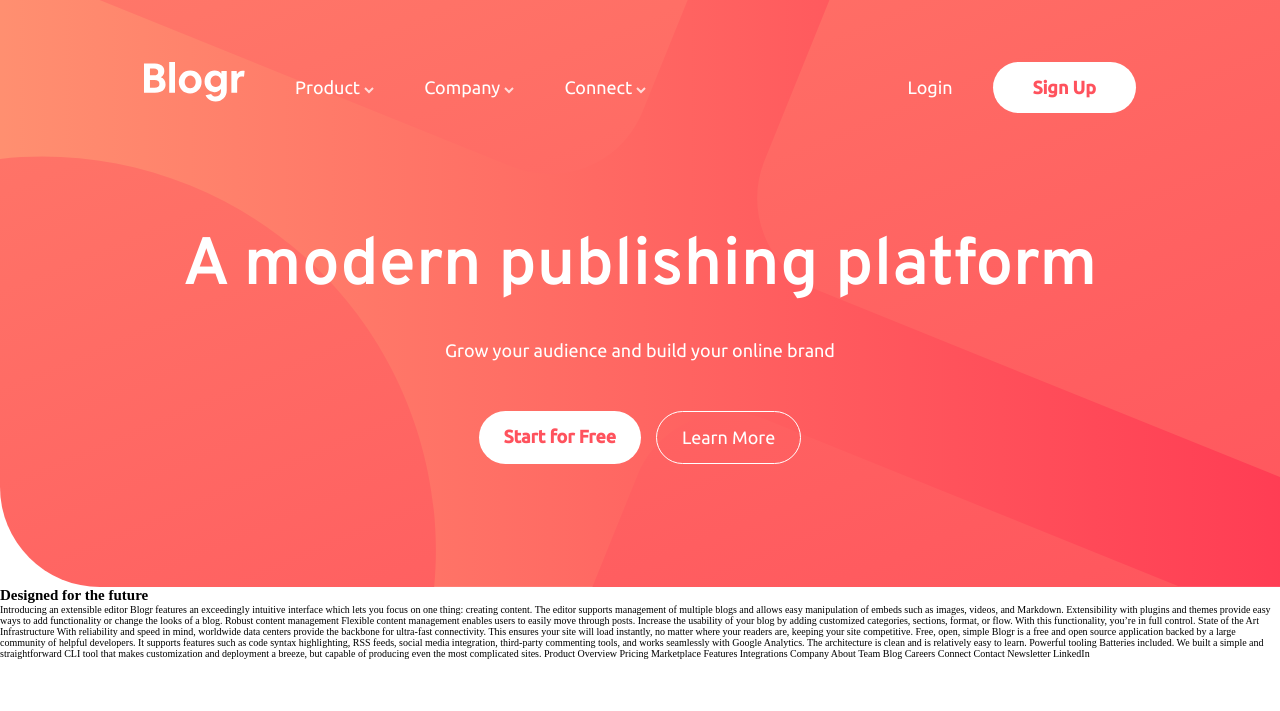
Repository: tomas938/tomaspage3
Page: index.html
An editor plug-in stored every save of this project. The page is shown before and after the next save, followed by the edit.
The browser window is 1280 px wide. The pictures show the whole page.
The style sheet was rebuilt from its Sass, Less or Tailwind sources for each picture, by a compiler version that may differ from the author's.

Above is the page before, as saved 2021-07-30 09:38:59.

### index.html
<!DOCTYPE html>
<html lang="en">
	<head>
		<meta charset="UTF-8" />
		<meta name="viewport" content="width=device-width, initial-scale=1.0" />
		<!-- displays site properly based on user's device -->

		<link
			rel="icon"
			type="image/png"
			sizes="32x32"
			href="./images/favicon-32x32.png"
		/>

		<title>Frontend Mentor | [Blogr]</title>

		<link rel="stylesheet" href="./scss/main.css" />
	</head>
	<body>
		<section class="intro">
			<header>
				<nav class="intro__navigation">
					<div class="intro__navigation__logo">
						<svg width="101" height="40" xmlns="http://www.w3.org/2000/svg">
							<path
								d="M0 30.803V1.486h10.653c1.982 0 3.695.31 5.14.93 1.446.619 2.56 1.5 3.345 2.642.785 1.142 1.177 2.484 1.177 4.026 0 1.404-.303 2.636-.909 3.695a6.48 6.48 0 01-2.56 2.498c1.487.578 2.643 1.494 3.469 2.746.826 1.253 1.239 2.732 1.239 4.439 0 1.707-.44 3.18-1.322 4.418-.88 1.239-2.12 2.202-3.716 2.89-1.596.688-3.482 1.033-5.657 1.033H0zM5.946 6.565v6.73h4.046c1.35 0 2.388-.282 3.118-.846.73-.564 1.094-1.397 1.094-2.498 0-1.101-.365-1.94-1.094-2.519-.73-.578-1.769-.867-3.118-.867H5.946zm0 19.159h4.624c1.542 0 2.732-.33 3.572-.991.84-.66 1.26-1.61 1.26-2.85 0-1.238-.42-2.188-1.26-2.848-.84-.66-2.03-.991-3.572-.991H5.946v7.68zm19.282 5.079V0h5.781v30.803h-5.78zm20.893.619c-1.624 0-3.124-.29-4.5-.867a10.94 10.94 0 01-3.593-2.416 10.96 10.96 0 01-2.374-3.654c-.564-1.404-.846-2.931-.846-4.583 0-1.652.289-3.173.867-4.563a11.354 11.354 0 012.415-3.654 10.96 10.96 0 013.634-2.436c1.39-.578 2.91-.867 4.562-.867 1.625 0 3.125.289 4.501.867a10.94 10.94 0 013.592 2.416 11.01 11.01 0 012.375 3.633c.564 1.39.846 2.911.846 4.563 0 1.651-.289 3.179-.867 4.583a11.297 11.297 0 01-2.416 3.675 10.96 10.96 0 01-3.633 2.436c-1.39.578-2.911.867-4.563.867zm.083-5.203c1.046 0 1.982-.275 2.808-.825.825-.551 1.48-1.301 1.96-2.25.483-.95.723-2.03.723-3.242 0-1.211-.24-2.292-.722-3.241-.482-.95-1.136-1.7-1.961-2.25-.826-.551-1.762-.826-2.808-.826-1.046 0-1.982.275-2.808.825-.826.55-1.48 1.301-1.961 2.25-.482.95-.723 2.03-.723 3.242 0 1.211.241 2.292.723 3.241.482.95 1.135 1.7 1.961 2.25.826.551 1.762.826 2.808.826zm24.155 3.964a9.13 9.13 0 01-3.86-.826 9.492 9.492 0 01-3.118-2.291c-.881-.977-1.57-2.12-2.065-3.427-.495-1.308-.743-2.719-.743-4.233 0-1.569.255-3.02.764-4.356a10.614 10.614 0 012.147-3.489 10.174 10.174 0 013.22-2.333c1.225-.564 2.554-.846 3.985-.846 1.404 0 2.67.282 3.799.846a7.402 7.402 0 012.807 2.457l.124-2.684h5.327v19.2c0 1.68-.269 3.207-.805 4.584-.537 1.376-1.301 2.56-2.292 3.55a10.231 10.231 0 01-3.53 2.292c-1.363.537-2.87.805-4.522.805-1.624 0-3.083-.254-4.376-.764a10.468 10.468 0 01-3.386-2.126 10.035 10.035 0 01-2.271-3.18L67.097 32a5.452 5.452 0 001.92 1.879c.784.454 1.672.681 2.663.681 1.074 0 2.003-.24 2.787-.723.785-.481 1.397-1.156 1.838-2.023.44-.867.66-1.879.66-3.035v-1.775a7.793 7.793 0 01-2.828 2.333c-1.143.564-2.402.846-3.778.846zm1.404-5.12c1.018 0 1.92-.254 2.704-.764a5.556 5.556 0 001.879-2.064c.468-.867.702-1.851.702-2.952 0-1.102-.234-2.086-.702-2.953a5.556 5.556 0 00-1.879-2.064c-.784-.51-1.686-.764-2.704-.764-1.019 0-1.92.255-2.705.764a5.556 5.556 0 00-1.879 2.064c-.468.867-.702 1.851-.702 2.953 0 1.1.234 2.085.702 2.952a5.556 5.556 0 001.88 2.064c.784.51 1.685.764 2.704.764zm15.607 5.74V9h5.327l.206 3.304c.55-1.157 1.294-2.044 2.23-2.664.936-.62 2.037-.929 3.303-.929.386 0 .77.035 1.156.103.386.07.73.159 1.033.269l-.62 5.698a4.361 4.361 0 00-.929-.227 7.495 7.495 0 00-.97-.062c-1.597 0-2.822.489-3.675 1.466-.853.977-1.28 2.36-1.28 4.15v10.694h-5.78z"
								fill="#FFF"
								fill-rule="nonzero"
							/>
						</svg>
						<ul>
							<li>
								<a href="#">Product</a>
								<svg xmlns="http://www.w3.org/2000/svg" width="10" height="7">
									<path
										fill="none"
										stroke="#FFF"
										stroke-width="2"
										opacity=".75"
										d="M1 1l4 4 4-4"
									/>
								</svg>
							</li>
							<li>
								<a href="#">Company</a>
								<svg xmlns="http://www.w3.org/2000/svg" width="10" height="7">
									<path
										fill="none"
										stroke="#FFF"
										stroke-width="2"
										opacity=".75"
										d="M1 1l4 4 4-4"
									/>
								</svg>
							</li>
							<li>
								<a href="#">Connect</a>
								<svg xmlns="http://www.w3.org/2000/svg" width="10" height="7">
									<path
										fill="none"
										stroke="#FFF"
										stroke-width="2"
										opacity=".75"
										d="M1 1l4 4 4-4"
									/>
								</svg>
							</li>
						</ul>
					</div>
					<div class="intro__navigation__login">
						<div class="button button--1">Login</div>
						<div class="button button--2">Sign Up</div>
					</div>
				</nav>
			</header>
			<div class="intro__description">
				<h1>A modern publishing platform</h1>
				<p>Grow your audience and build your online brand</p>
				<div class="intro__description__buttons">
					<div class="button button--3">Start for Free</div>
					<div class="button button--4">Learn More</div>
				</div>
			</div>
		</section>
		<section class="about">
			<h2>Designed for the future</h2>
			<div class="about__content">
				<div class="about__content__container">
					<h3></h3>
					<p></p>
				</div>
				<div class="about__content__container">
					<h3></h3>
					<p></p>
				</div>
			</div>
		</section>

		Introducing an extensible editor Blogr features an exceedingly intuitive
		interface which lets you focus on one thing: creating content. The editor
		supports management of multiple blogs and allows easy manipulation of embeds
		such as images, videos, and Markdown. Extensibility with plugins and themes
		provide easy ways to add functionality or change the looks of a blog. Robust
		content management Flexible content management enables users to easily move
		through posts. Increase the usability of your blog by adding customized
		categories, sections, format, or flow. With this functionality, you’re in
		full control. State of the Art Infrastructure With reliability and speed in
		mind, worldwide data centers provide the backbone for ultra-fast
		connectivity. This ensures your site will load instantly, no matter where
		your readers are, keeping your site competitive. Free, open, simple Blogr is
		a free and open source application backed by a large community of helpful
		developers. It supports features such as code syntax highlighting, RSS
		feeds, social media integration, third-party commenting tools, and works
		seamlessly with Google Analytics. The architecture is clean and is
		relatively easy to learn. Powerful tooling Batteries included. We built a
		simple and straightforward CLI tool that makes customization and deployment
		a breeze, but capable of producing even the most complicated sites. Product
		Overview Pricing Marketplace Features Integrations Company About Team Blog
		Careers Connect Contact Newsletter LinkedIn
	</body>
</html>

### scss/main.scss
@import "../scss_partials/variables";
@import "../scss_partials/resets";
@import "../scss_partials/intro";

### scss_partials/_variables.scss
//Colors

/* PRIMARY */

$light-red: hsl(356, 100%, 66%);
$very-light-red: hsl(355, 100%, 74%);
$very-dark-blue: hsl(208, 49%, 24%);

/* NEUTRAL */

$white: hsl(0, 0%, 100%);
$grayish-blue: hsl(240, 2%, 79%); //Footer Text
$very-dark-grayish-blue: hsl(207, 13%, 34%);
$very-dark-black-blue: hsl(240, 10%, 16%); //Footer Background

/* GRADIENT */

$very-light-red-gradient: hsl(13, 100%, 72%); // Intro /CTA
$light-red-gradient: hsl(353, 100%, 62%); // Intro /CTA

$very-dark-gray-blue: hsl(237, 17%, 21%); // Background body gradient
$very-dark-desaturated-blue: hsl(237, 23%, 32%); // Background body gradient

//Fonts

@import url("https://fonts.googleapis.com/css2?family=Overpass:wght@300;600&display=swap");

$font-primary: "Overpass", sans-serif;
$font-weight-primary-light: 300;
$font-weight-primary-bold: 600;

@import url("https://fonts.googleapis.com/css2?family=Ubuntu:ital,wght@0,400;0,500;1,700&display=swap");

$font-secondary: "Ubuntu", sans-serif;

$font-weight-secondary-light: 400;
$font-weight-secondary-medium: 500;
$font-weight-secondary-bold: 700;

### scss_partials/_resets.scss
* {
	margin: 0;
	padding: 0;
	box-sizing: border-box;
}
html {
	font-size: 62.5%;
}
li {
	list-style: none;
}
a {
	text-decoration: none;
}

### scss_partials/_intro.scss
.intro {
	height: 81.5vh;
	background-image: url(../images/bg-pattern-intro.svg),
		linear-gradient(to right, $very-light-red-gradient, $light-red-gradient);
	background-position: center center;
	border-bottom-left-radius: 10rem;
	font-family: $font-secondary;
	font-weight: $font-weight-secondary-light;
	color: $white;
	font-size: 1.8rem;
	header {
		width: 100%;
	}
	&__navigation {
		width: 77.5%;
		margin: auto;
		padding: 6.2rem 0;
		display: flex;
		justify-content: space-between;
		&__logo {
			display: flex;
		}
		ul {
			display: flex;
			align-items: center;
		}
		li {
			margin-left: 5rem;
		}

		a {
			color: $white;
		}
		&__login {
			display: flex;
			align-items: center;
		}
	}
	&__description {
		h1 {
			padding: 5rem 0 3rem 0;
			font-size: 6.7rem;
			text-align: center;
			font-family: $font-primary;
			font-weight: $font-weight-primary-bold;
		}
		p {
			text-align: center;
		}
		&__buttons {
			padding: 5rem 0;

			margin: auto;
			display: flex;
			justify-content: center;
		}
	}
}
.button {
	cursor: pointer;
	padding: 1.5rem 4rem;
	border-radius: 3rem;
}
.button--2 {
	background-color: $white;
	color: $light-red;
	font-family: $font-secondary;
	font-weight: $font-weight-secondary-bold;
	transition: all 0.3s ease-in-out;
}
.button--2:hover {
	background-color: hsla(0, 0%, 100%, 0.267);
	color: $white;
}
.button--3 {
	background-color: $white;
	color: $light-red;
	font-family: $font-secondary;
	font-weight: $font-weight-secondary-bold;
	transition: all 0.3s ease-in-out;
	padding: 1.5rem 2.5rem;
}
.button--3:hover {
	background-color: hsla(0, 0%, 100%, 0.267);
	color: $white;
}
.button--4 {
	margin-left: 1.5rem;
	border: 1px solid $white;
	padding: 1.5rem 2.5rem;
}

After the next save:
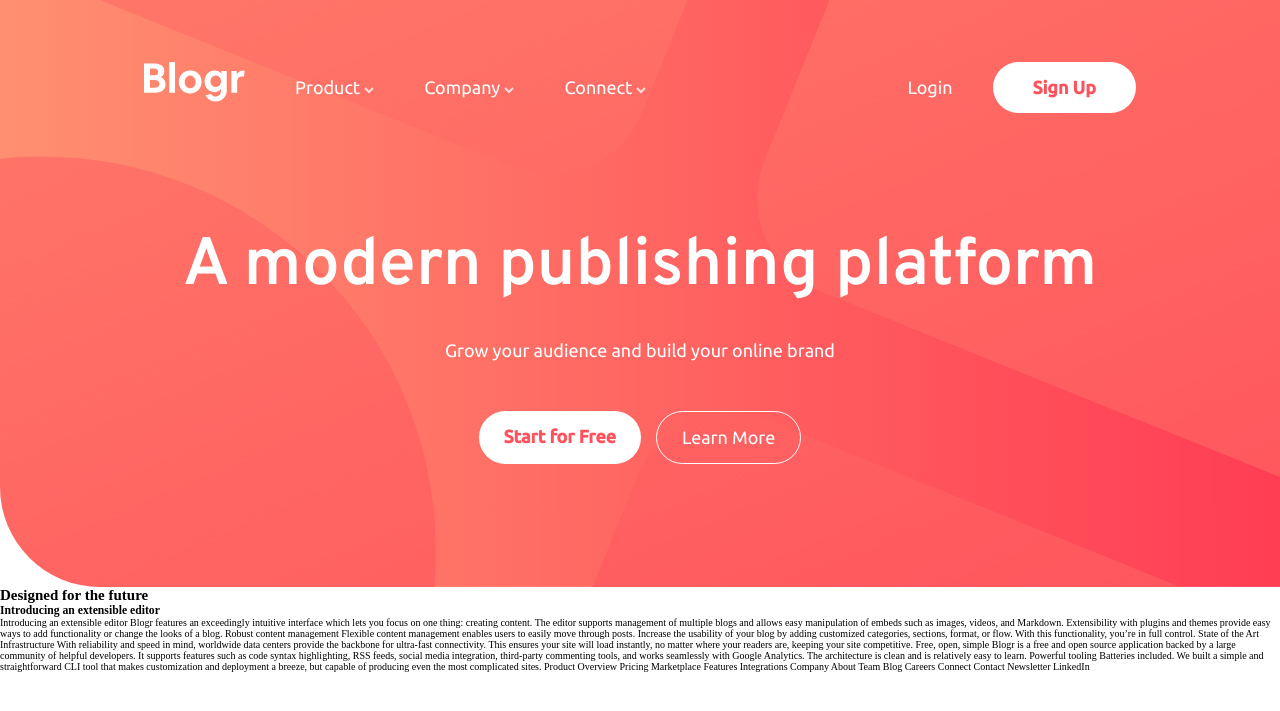
Saved 7 s later.
--- a/index.html
+++ b/index.html
@@ -86,7 +86,7 @@
 			<h2>Designed for the future</h2>
 			<div class="about__content">
 				<div class="about__content__container">
-					<h3></h3>
+					<h3>Introducing an extensible editor</h3>
 					<p></p>
 				</div>
 				<div class="about__content__container">
